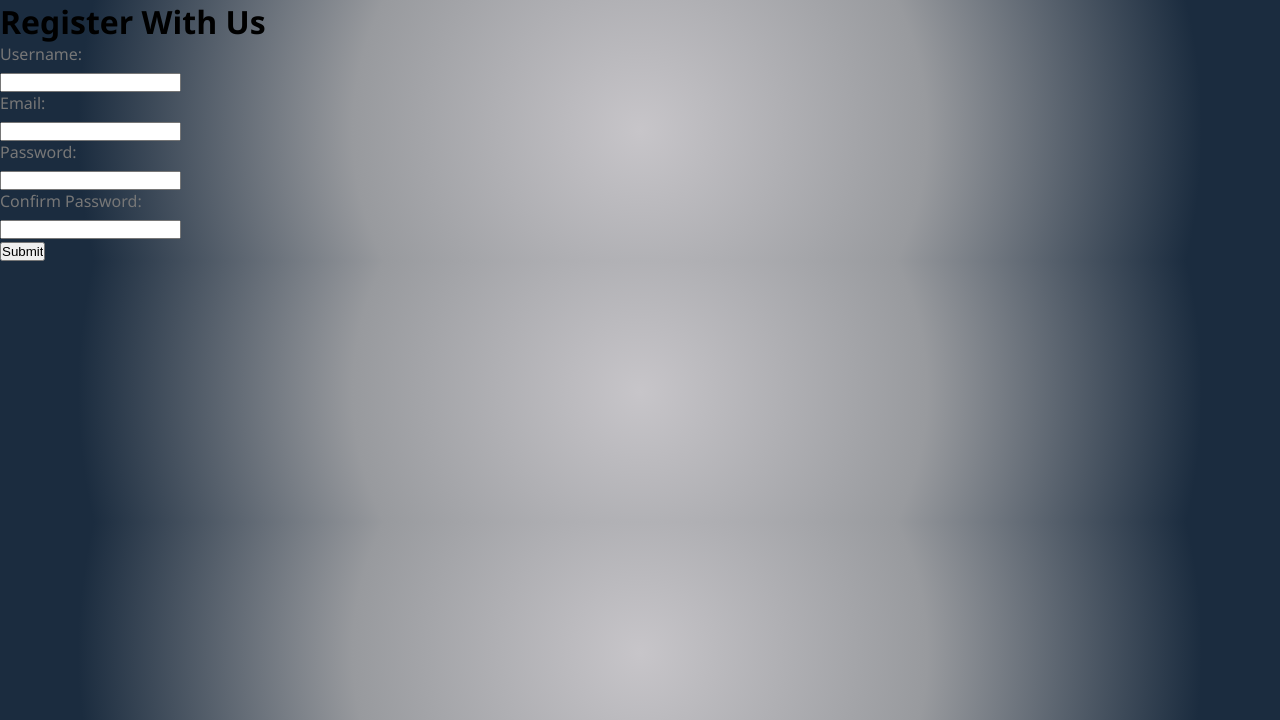
Repository: NiutaR/registrationForm
Page: index.html
These files come from the project's save history. The page is drawn as it stood at one moment and after a run of saves; the edit follows.
The browser window is 1280 px wide. The pictures show the whole page.

Above is the page before, as saved 2021-07-28 23:20:04.

### index.html
<!DOCTYPE html>
<html lang="en">

<head>
    <meta charset="UTF-8">
    <meta http-equiv="X-UA-Compatible" content="IE=edge">
    <meta name="viewport" content="width=device-width, initial-scale=1.0">
    <link rel="stylesheet" href="style.css">
    <title>Register With Us</title>
</head>

<body>
    <div class="container">
        <form id="signup" class="form">
            <h1>Register With Us</h1>
            <div class="form-field">
                <label for="username">Username:</label>
                <input type="text" name="username" id="username" autocomplete="off">
                <small></small>
            </div>

            <div class="form-field">
                <label for="email">Email:</label>
                <input type="text" name="email" id="email" autocomplete="off">
                <small></small>
            </div>

            <div class="form-field">
                <label for="password">Password:</label>
                <input type="password" name="password" id="password" autocomplete="off">
                <small></small>
            </div>


            <div class="form-field">
                <label for="confirm-password">Confirm Password:</label>
                <input type="password" name="confirm-password" id="confirm-password" autocomplete="off">
                <small></small>
            </div>

            <div class="form-field">
                <input type="submit" value="Submit">
            </div>
        </form>
    </div>
    </div>
    <script src="index.js"></script>
</body>

</html>

### style.css
* {
    margin: 0;
    padding: 0;
    box-sizing: border-box;
}
body {
    font-size: 16px;
    background: rgb(193, 192, 194);
    background: radial-gradient(circle, rgb(199, 197, 201) 0%, rgb(152, 154, 158) 44%, rgba(27, 44, 63, 1) 86%);
    font-family: "Segoe UI", "Helvetica Neue", Arial, sans-serif;
}
.container {
    display: block;
}
.form-field label {
    display: block;
    color: #777;
    margin-bottom: 5px;
}

### index.js
const usernameEl = document.querySelector('#username');
const emailEl = document.querySelector('#email');
const passwordEl = document.querySelector('#password');
const confirmPasswordEl = document.querySelector('#confirm-password');

const form = document.querySelector('#signup');


const checkUsername = () => {

    let valid = false;

    const min = 3,
        max = 25;

    const username = usernameEl.value.trim();

    if (!isRequired(username)) {
        showError(usernameEl, 'Username cannot be blank.');
    } else if (!isBetween(username.length, min, max)) {
        showError(usernameEl, `Username must be between ${min} and ${max} characters.`)
    } else {
        showSuccess(usernameEl);
        valid = true;
    }
    return valid;
};


const checkEmail = () => {
    let valid = false;
    const email = emailEl.value.trim();
    if (!isRequired(email)) {
        showError(emailEl, 'Email cannot be blank.');
    } else if (!isEmailValid(email)) {
        showError(emailEl, 'Email is not valid.')
    } else {
        showSuccess(emailEl);
        valid = true;
    }
    return valid;
};

const checkPassword = () => {
    let valid = false;


    const password = passwordEl.value.trim();

    if (!isRequired(password)) {
        showError(passwordEl, 'Password cannot be blank.');
    } else if (!isPasswordSecure(password)) {
        showError(passwordEl, 'Password must has at least 8 characters that include at least 1 lowercase character, 1 uppercase characters, 1 number, and 1 special character in (!@#$%^&*)');
    } else {
        showSuccess(passwordEl);
        valid = true;
    }

    return valid;
};

const checkConfirmPassword = () => {
    let valid = false;
    // check confirm password
    const confirmPassword = confirmPasswordEl.value.trim();
    const password = passwordEl.value.trim();

    if (!isRequired(confirmPassword)) {
        showError(confirmPasswordEl, 'Please enter the password again');
    } else if (password !== confirmPassword) {
        showError(confirmPasswordEl, 'The password does not match');
    } else {
        showSuccess(confirmPasswordEl);
        valid = true;
    }

    return valid;
};

const isEmailValid = (email) => {
    const re = /^(([^<>()\[\]\\.,;:\s@"]+(\.[^<>()\[\]\\.,;:\s@"]+)*)|(".+"))@((\[[0-9]{1,3}\.[0-9]{1,3}\.[0-9]{1,3}\.[0-9]{1,3}\])|(([a-zA-Z\-0-9]+\.)+[a-zA-Z]{2,}))$/;
    return re.test(email);
};

const isPasswordSecure = (password) => {
    const re = new RegExp("^(?=.*[a-z])(?=.*[A-Z])(?=.*[0-9])(?=.*[!@#\$%\^&\*])(?=.{8,})");
    return re.test(password);
};

const isRequired = value => value === '' ? false : true;
const isBetween = (length, min, max) => length < min || length > max ? false : true;


const showError = (input, message) => {
    // get the form-field element
    const formField = input.parentElement;
    // add the error class
    formField.classList.remove('success');
    formField.classList.add('error');

    // show the error message
    const error = formField.querySelector('small');
    error.textContent = message;
};

const showSuccess = (input) => {
    // get the form-field element
    const formField = input.parentElement;

    // remove the error class
    formField.classList.remove('error');
    formField.classList.add('success');

    // hide the error message
    const error = formField.querySelector('small');
    error.textContent = '';
}


form.addEventListener('submit', function (e) {
    // prevent the form from submitting
    e.preventDefault();

    // validate fields
    let isUsernameValid = checkUsername(),
        isEmailValid = checkEmail(),
        isPasswordValid = checkPassword(),
        isConfirmPasswordValid = checkConfirmPassword();

    let isFormValid = isUsernameValid &&
        isEmailValid &&
        isPasswordValid &&
        isConfirmPasswordValid;

    // submit to the server if the form is valid
    if (isFormValid) {

    }
});


const debounce = (fn, delay = 500) => {
    let timeoutId;
    return (...args) => {
        // cancel the previous timer
        if (timeoutId) {
            clearTimeout(timeoutId);
        }
        // setup a new timer
        timeoutId = setTimeout(() => {
            fn.apply(null, args)
        }, delay);
    };
};

form.addEventListener('input', debounce(function (e) {
    switch (e.target.id) {
        case 'username':
            checkUsername();
            break;
        case 'email':
            checkEmail();
            break;
        case 'password':
            checkPassword();
            break;
        case 'confirm-password':
            checkConfirmPassword();
            break;
    }
}));

After the next 2 saves:
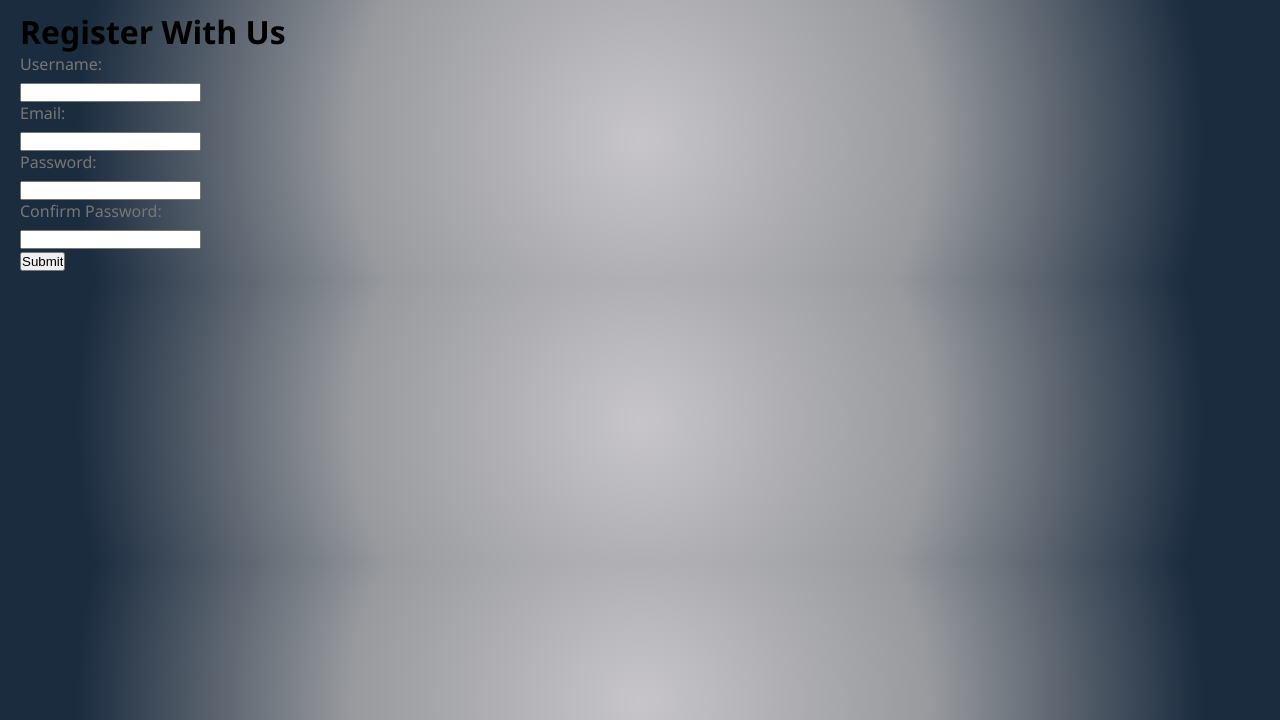
The 2 saves are shown as one change because they came seconds apart.
The last was saved 28 s later.
--- a/style.css
+++ b/style.css
@@ -12,6 +12,9 @@ body {
 .container {
     display: block;
 }
+.form {
+    padding: 10px 20px;
+}
 .form-field label {
     display: block;
     color: #777;
